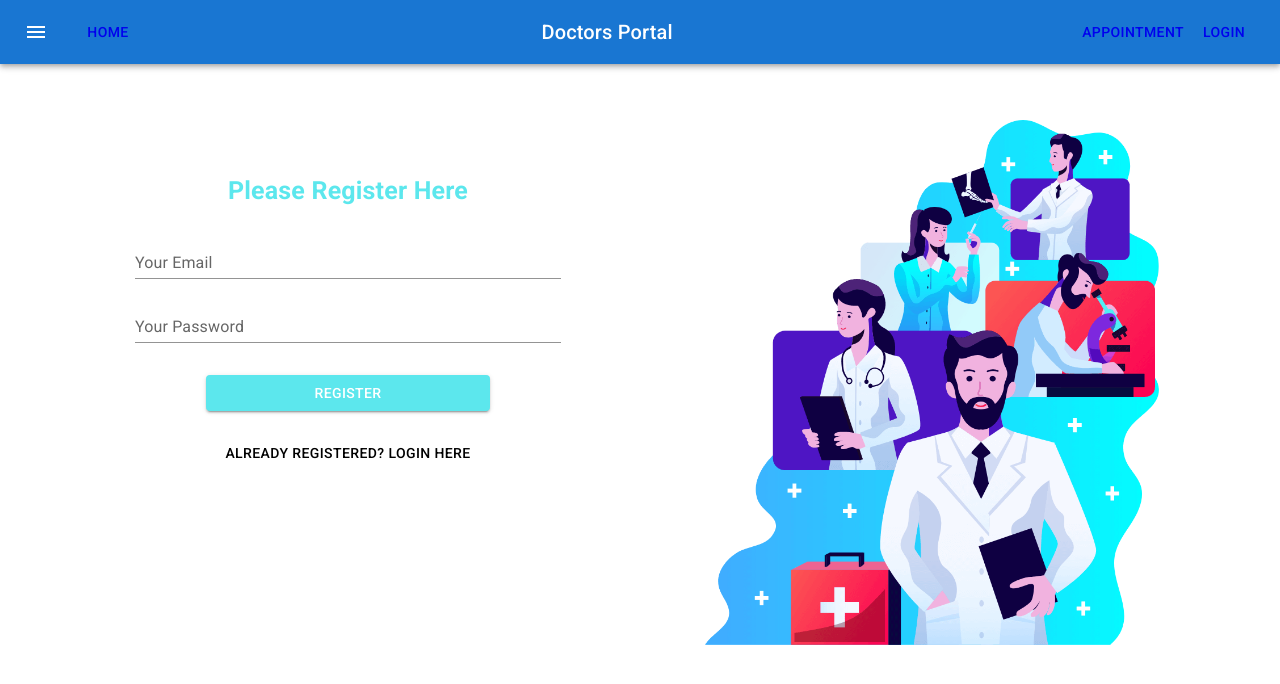
Repository: Sharif-00112/doctors-portal-client
Page: /register
An editor plug-in stored every save of this project. The page is shown before and after the next save, followed by the edit.
The browser window is 1280 px wide. The pictures show the whole page.
The project was rebuilt for these pictures with package versions that can differ from the ones it lists, and the page was loaded fresh each time. Also part of the build but not shown: src/Pages/Shared/Footer/Footer.js, src/Pages/Home/AppointmentBanner/AppointmentBanner.js, src/Pages/Home/Banner/Banner.js, src/Pages/Home/Contact/Contact.js, src/Pages/Home/Service/Service.js, src/Pages/Home/Services/Services.js, src/Pages/Home/Story/Story.js, src/Pages/Home/Home/Home.js and 7 more.

Above is the page before, as saved 2022-11-06 22:40:34.

After the next save:
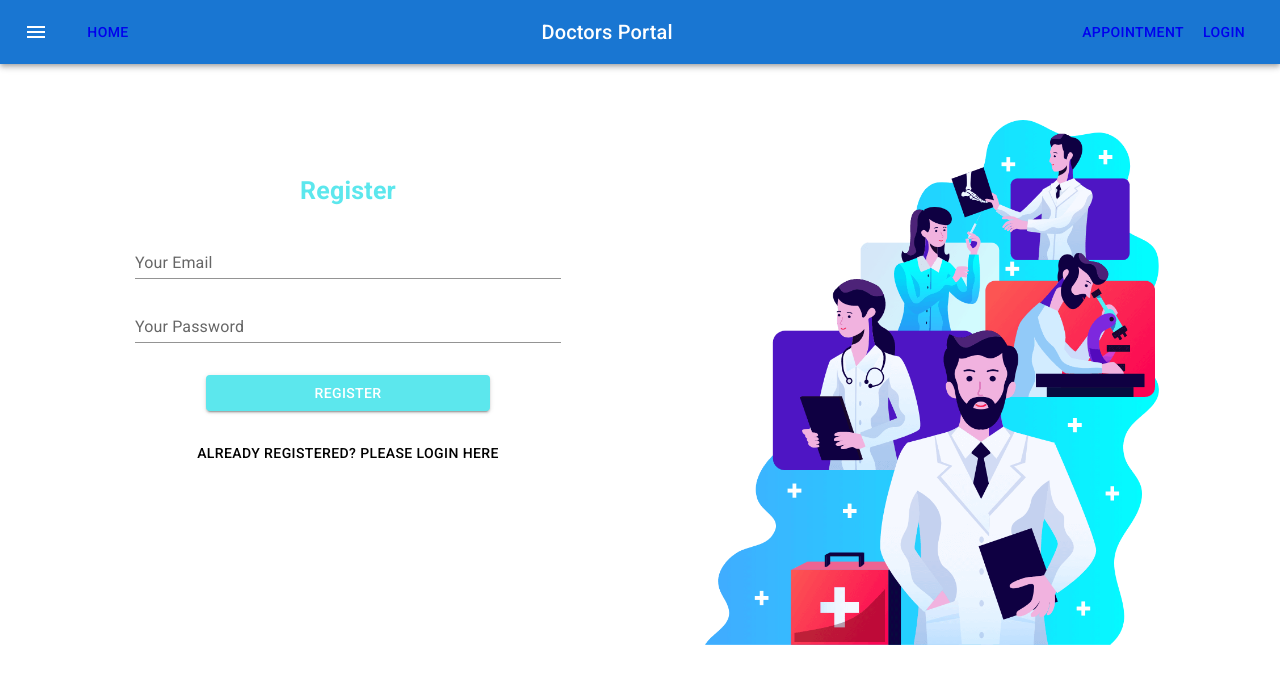
Saved 53 s later.
--- a/src/Pages/Login/Register/Register.js
+++ b/src/Pages/Login/Register/Register.js
@@ -34,7 +34,7 @@ const Register = () => {
                     <Grid container spacing={2}>
                         <Grid sx={{ mt:5 }} xs={12} md={6}>
                             <Typography sx={{ my:2, fontSize: 25, fontWeight: 600 }} style={{color: '#5CE7ED'}} variant="h4" component="div">
-                                Please Register Here
+                                Register
                             </Typography>
                             <form onSubmit={ handleLoginSubmit }>
                                 <TextField
@@ -62,7 +62,7 @@ const Register = () => {
                                     style={{ textDecoration:'none'}}
                                     to='/login'>
                                     <Button sx={{ color: 'black' }}>
-                                        Already Registered? Login here
+                                        Already Registered? Please Login here
                                     </Button>
                                 </NavLink>
                             </form>
